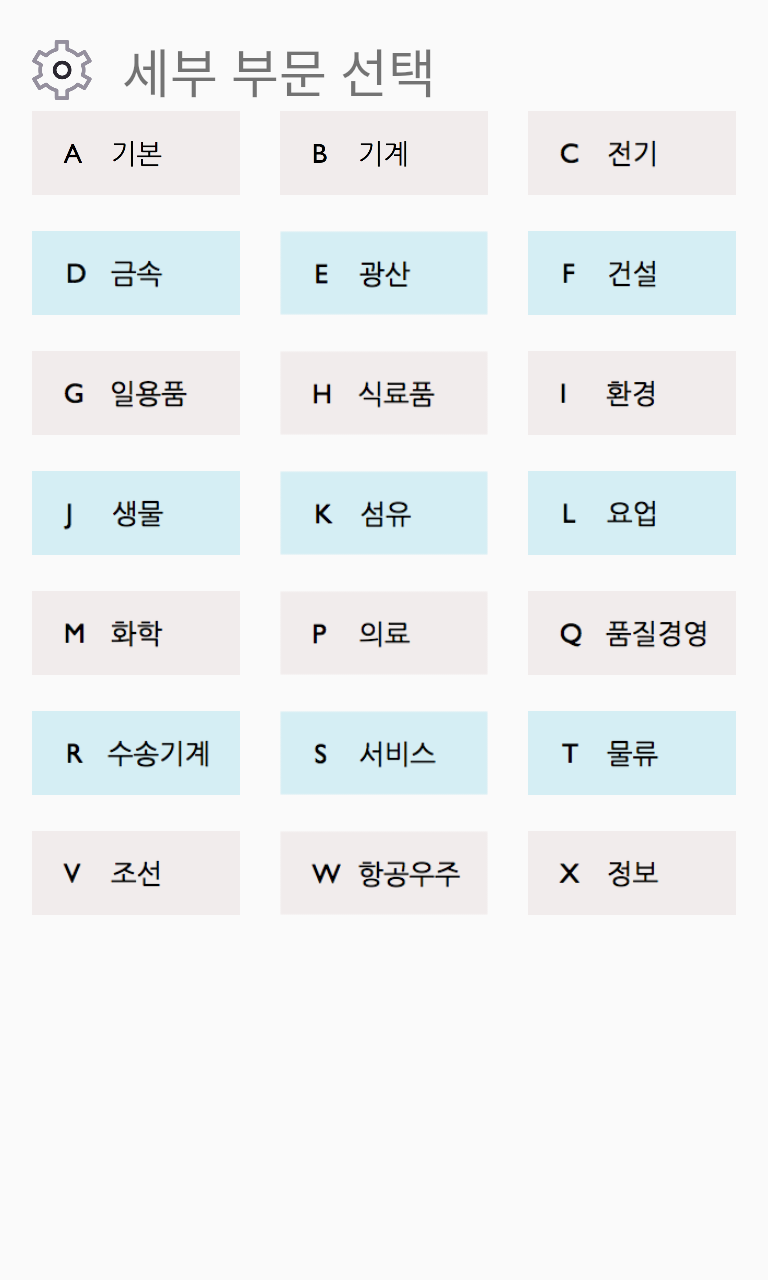
Repository: team-peony/ccfinder
Layout: android/CertifiedCompanyFinder/res/layout/fragment_category_ks.xml
The author's editor kept a copy of each file at every save. The layout is drawn from the files as they stood at one save, then again after the next save.
It is drawn on a 768 x 1280 px phone screen (xhdpi) without system bars, with theme AppTheme; the app's code is not run.

Above is the layout before, as saved 2015-02-20 05:42:27.

After the next save:
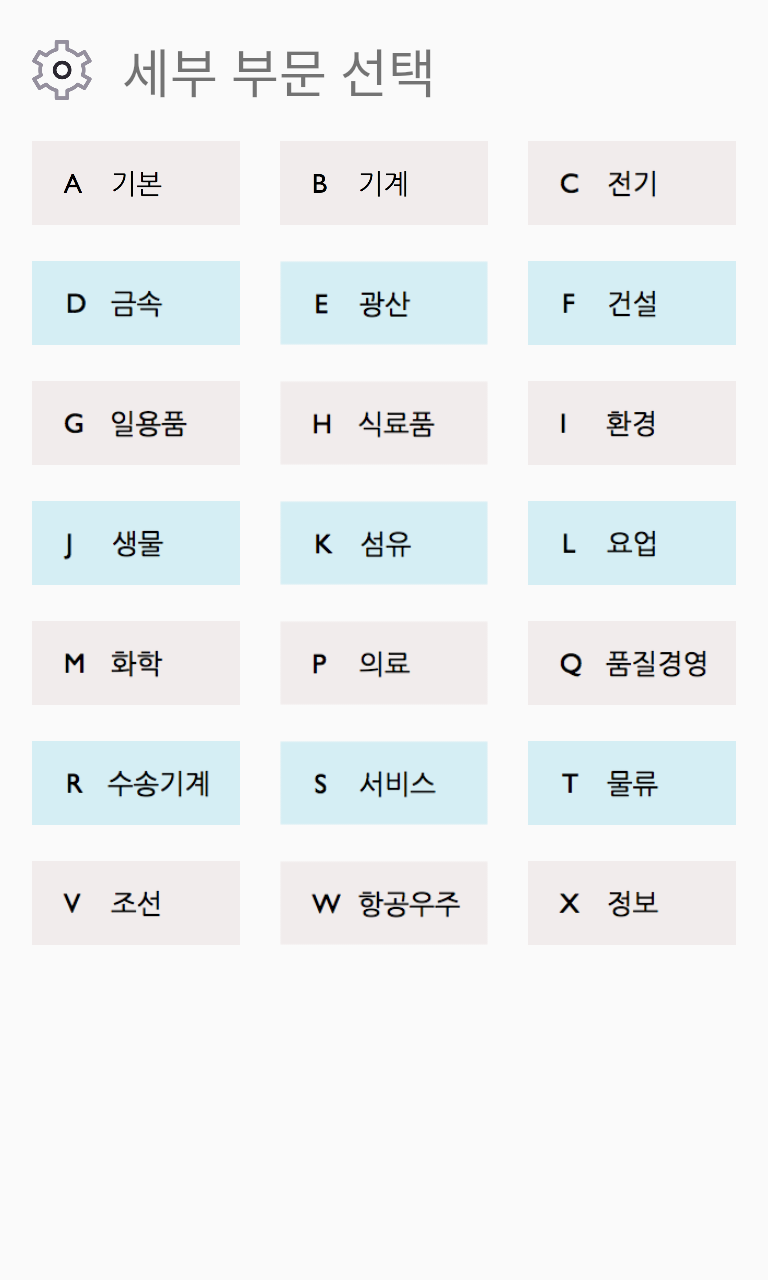
Saved 26 s later.
--- a/android/CertifiedCompanyFinder/res/layout/fragment_category_ks.xml
+++ b/android/CertifiedCompanyFinder/res/layout/fragment_category_ks.xml
@@ -29,6 +29,7 @@
     <LinearLayout
         android:layout_width="match_parent"
         android:layout_height="match_parent"
+        android:layout_marginTop="15dp"
         android:layout_below="@id/cks_llDescription"
         android:orientation="vertical">
 
